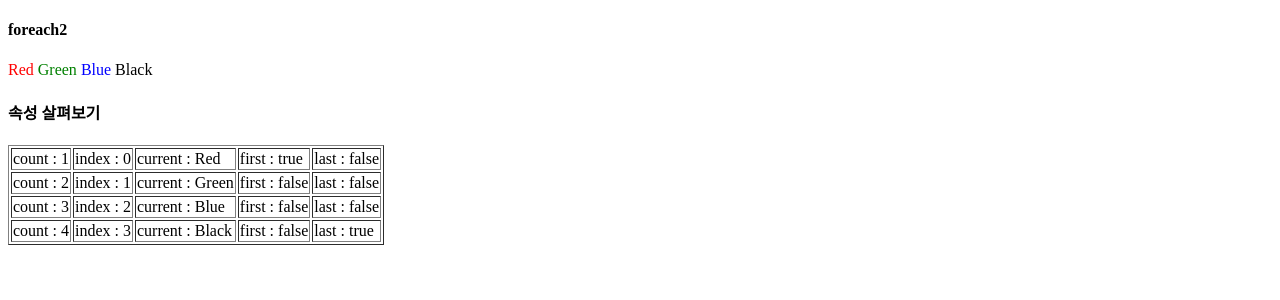
Repository: bluelessman/JSPServlet
Page: http://localhost/ServletStudy/11JSTL/ForEachExtend1.jsp
These files come from the project's save history. The page is drawn as it stood at one moment and after the next save; the edit follows.
The browser window is 1280 px wide. The pictures show the whole page.
The page is served by Tomcat 10.

Above is the page before, as saved 2023-12-19 03:07:23.

After the next save:
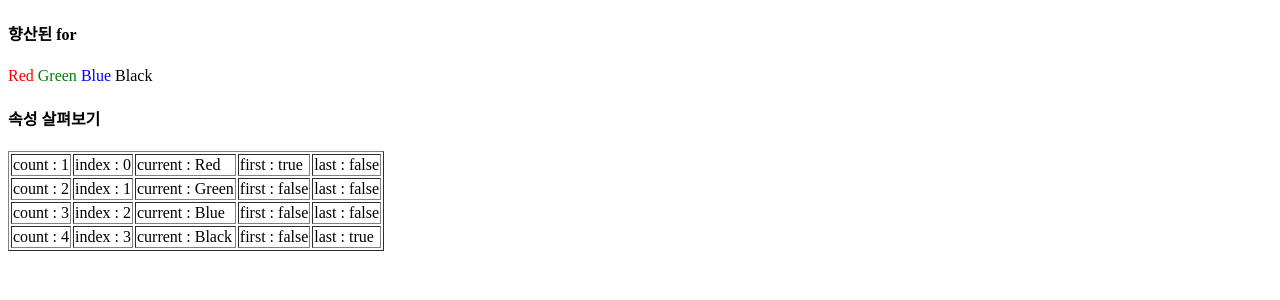
Saved 10 s later.
--- a/ServletStudy/src/main/webapp/11JSTL/ForEachExtend1.jsp
+++ b/ServletStudy/src/main/webapp/11JSTL/ForEachExtend1.jsp
@@ -8,7 +8,7 @@
 <title>foreach2</title>
 </head>
 <body>
-<h4>foreach2</h4>
+<h4>향산된 for</h4>
 <%
 String[] rgba = {"Red","Green","Blue","Black"};
 %>
